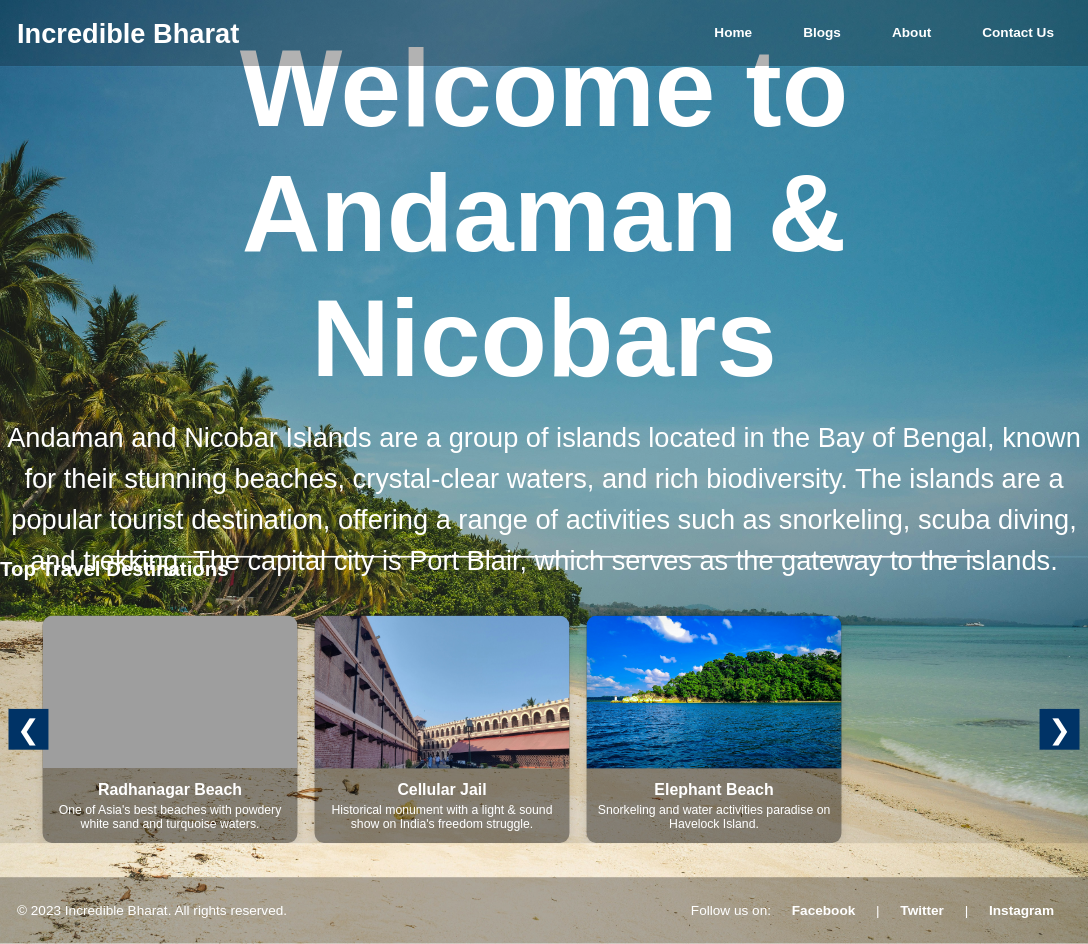
Repository: jaidhiman111/incrediblebharat
Page: destinations/Andaman-Nicobar/Andaman&Nicobar.html
These files come from the project's save history. The page is drawn as it stood at one moment and after the next save; the edit follows.
The browser window is 1280 px wide. The pictures show the whole page, at 85% of full size.
Pictures or frames that could not be fetched are drawn as grey boxes.

Above is the page before, as saved 2025-05-01 21:40:41.

After the next save:
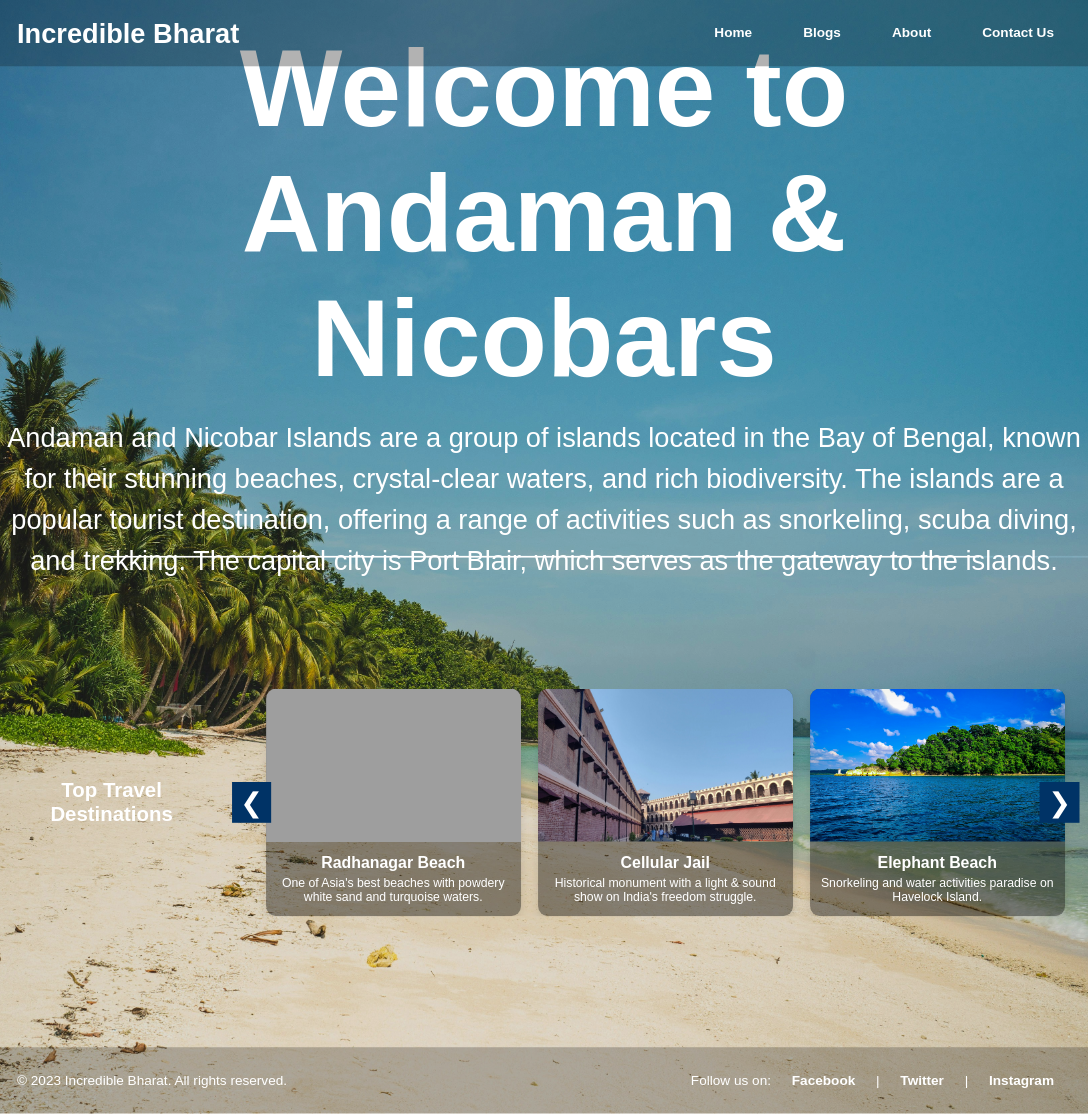
Saved 58 s later.
--- a/assets/style.css
+++ b/assets/style.css
@@ -217,7 +217,13 @@ hr {
 
 /* This is for media queries */
 /* --- Andaman & Nicobar Page Enhancements --- */
-
+#travel-slider {
+    display: flex;
+    justify-content: center;
+    align-items: center;
+    height: 80vh;
+    text-align: center;
+}
 .slider-container {
     position: relative;
     max-width: 100%;
